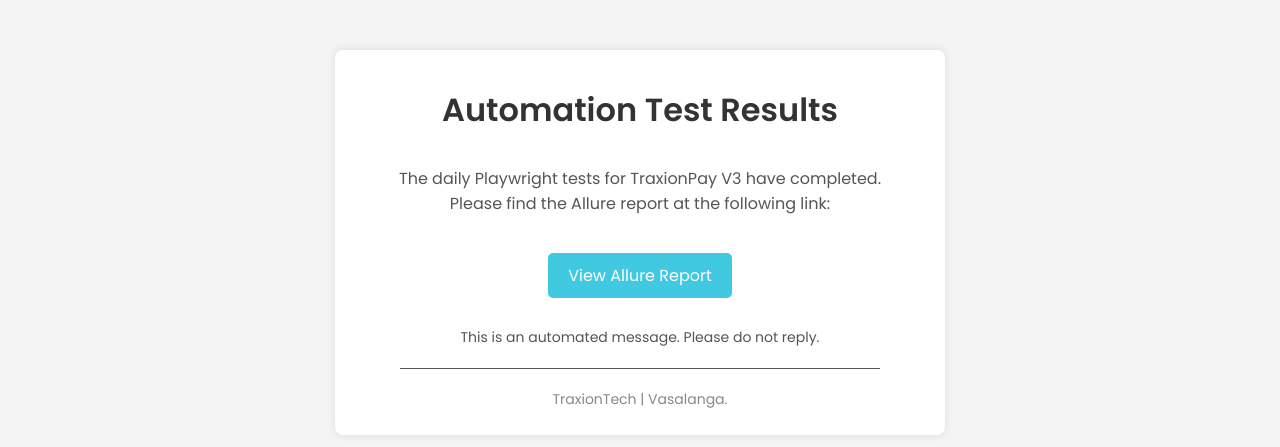
Repository: jmendozaqa24/TraxionPay-V3
Page: template.html
The author's editor kept a copy of each file at every save. The page is drawn from the files as they stood at one save, then again after the next save.
The browser window is 1280 px wide. The pictures show the whole page.

Above is the page before, as saved 2025-02-14 13:14:29.

After the next save:
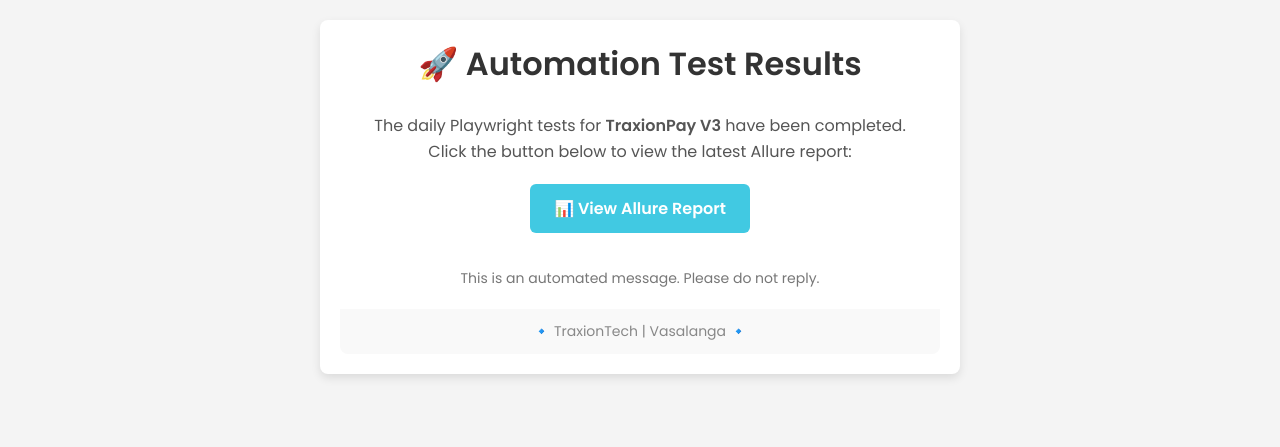
Saved 2 min 3 s later.
--- a/template.html
+++ b/template.html
@@ -1,32 +1,43 @@
 <!DOCTYPE html>
-            <html lang="en">
-            <head>
-                <meta charset="UTF-8">
-                <meta name="viewport" content="width=device-width, initial-scale=1.0">
-                <title>Test Results Notification</title>
-                <link href="https://fonts.googleapis.com/css2?family=Poppins:wght@400;600&display=swap" rel="stylesheet">
-            </head>
-            <body style="font-family: 'Poppins', Arial, sans-serif; background-color: #f4f4f4; margin: 5px 0; padding: 25px 0;  border-radius: 8px;">
-                <div style="max-width: 600px; margin: 20px auto; background-color: #ffffff; padding: 5px; border-radius: 8px; box-shadow: 0 0 10px rgba(0, 0, 0, 0.1);">
-                    <div style="text-align: center; padding-bottom: 0">
-                        <h1 style="color: #333333; margin: 5; padding: 10px;">Automation Test Results</h1>
-                    </div>
-                    <div style="text-align: center; margin: 5; padding: 0 35px;">
-                        <p style="color: #555555; font-size: 16px; line-height: 1.6;">
-                            The daily Playwright tests for TraxionPay V3 have completed. Please find the Allure report at the following link:
-                        </p>
-                        <a href="https://dread-vin.github.io/TraxionPay-V3/"
-                            style="display: inline-block; padding: 10px 20px; margin-top: 20px; font-size: 16px; color: #ffffff; background-color: #41C9E2; border-radius: 5px; text-decoration: none;">
-                            View Allure Report
-                        </a>
-                    </div>
-                    <div style="text-align: center; padding-top: 15px; font-size: 14px; color: #555555;">
-                        <p>This is an automated message. Please do not reply.</p>
-                    </div>
-                    <hr style="border: none; border-top: 0.1px solid #555555; width: 80%; margin: 20px auto;">
-                    <div style="text-align: center; margin: 20px auto; font-size: 14px; color: #888888;">
-                        <p>TraxionTech | Vasalanga.</p>
-                    </div>
-                </div>
-            </body>
-            </html>
+<html lang="en">
+<head>
+    <meta charset="UTF-8">
+    <meta name="viewport" content="width=device-width, initial-scale=1.0">
+    <title>Test Results Notification</title>
+    <link href="https://fonts.googleapis.com/css2?family=Poppins:wght@400;600&display=swap" rel="stylesheet">
+</head>
+<body style="font-family: 'Poppins', Arial, sans-serif; background-color: #f4f4f4; margin: 0; padding: 20px;">
+    <div style="max-width: 600px; margin: 0 auto; background-color: #ffffff; padding: 20px; border-radius: 8px; box-shadow: 0 4px 10px rgba(0, 0, 0, 0.1);">
+
+        <!-- Header -->
+        <div style="text-align: center;">
+            <h1 style="color: #333333; margin: 0; padding-bottom: 10px;">🚀 Automation Test Results</h1>
+        </div>
+
+        <!-- Body Content -->
+        <div style="text-align: center; padding: 15px 30px;">
+            <p style="color: #555555; font-size: 16px; line-height: 1.6; margin: 0;">
+                The daily Playwright tests for <strong>TraxionPay V3</strong> have been completed. Click the button below to view the latest Allure report:
+            </p>
+
+            <!-- Call to Action Button -->
+            <a href="https://dread-vin.github.io/TraxionPay-V3/"
+                style="display: inline-block; padding: 12px 24px; margin-top: 20px; font-size: 16px; font-weight: 600; color: #ffffff;
+                       background-color: #41C9E2; border-radius: 6px; text-decoration: none; transition: 0.3s;">
+                📊 View Allure Report
+            </a>
+        </div>
+
+        <!-- Disclaimer -->
+        <div style="text-align: center; padding-top: 20px; font-size: 14px; color: #777777;">
+            <p style="margin: 0;">This is an automated message. Please do not reply.</p>
+        </div>
+
+        <!-- Footer -->
+        <div style="margin-top: 20px; background-color: #f9f9f9; padding: 12px; border-radius: 0 0 8px 8px; text-align: center;">
+            <p style="font-size: 14px; color: #888888; margin: 0;">🔹 TraxionTech | Vasalanga 🔹</p>
+        </div>
+
+    </div>
+</body>
+</html>
